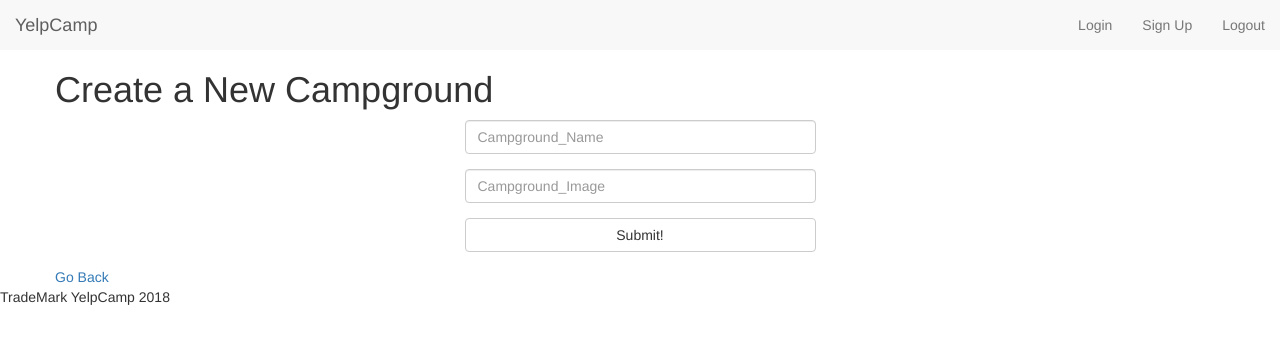
Repository: Kushagrakmr/c9backup
Page: http://localhost/campgrounds/new
The author's editor kept a record of every edit. The page is drawn from the files as they stood at one moment, then again after the next edit.
The browser window is 1280 px wide. The pictures show the whole page.
The page is served by the project's Node server (YelpCamp/v1/app.js).

Above is the page before.

After the next edit:
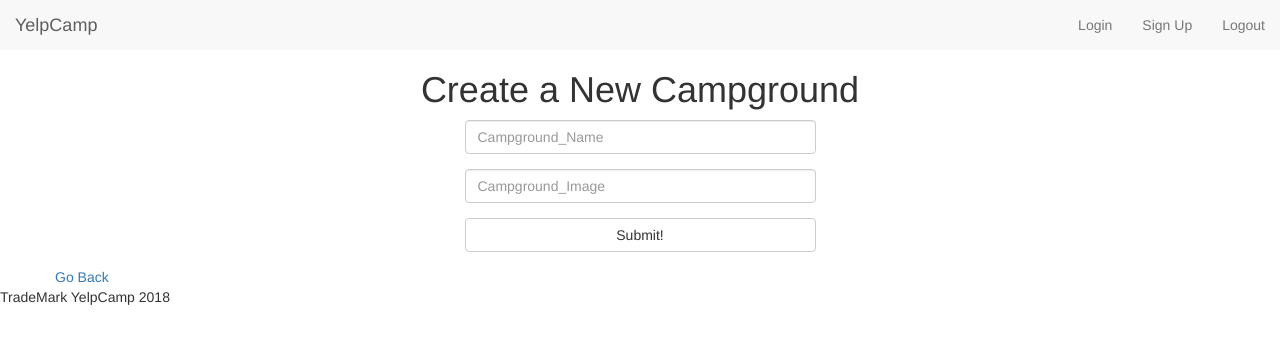
The edit:
--- a/YelpCamp/v1/views/new.ejs
+++ b/YelpCamp/v1/views/new.ejs
@@ -2,7 +2,7 @@
 
  <div class="container" >
   <div class="row">
-   <h1>Create a New Campground</h1>
+   <h1 style="text-align:center">Create a New Campground</h1>
    <div style= "width:30%; margin: 0 auto;">
     <form action = "/campgrounds" method= "POST">
      <div class="form-group">
